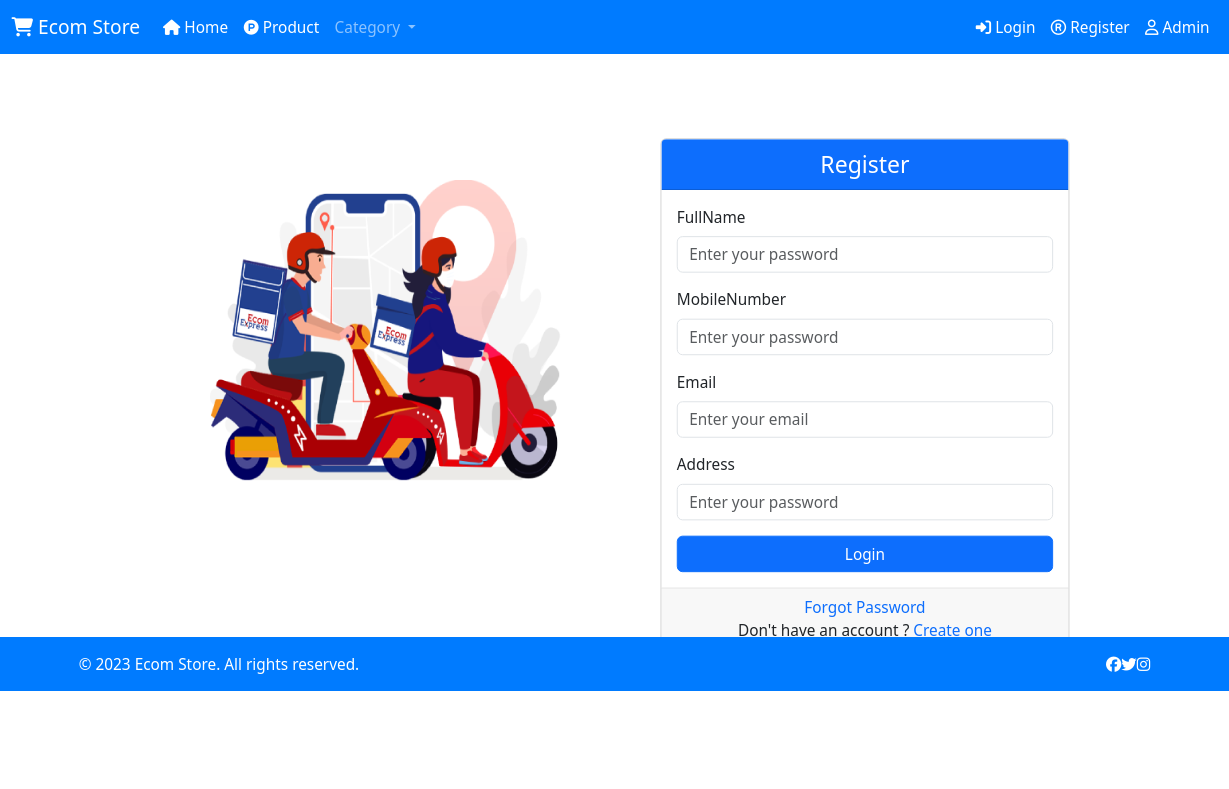
Repository: Deva-bot/EcomProject
Page: http://localhost/register
The author's editor kept a copy of each file at every save. The page is drawn from the files as they stood at one save, then again after the next save.
The browser window is 1280 px wide. The pictures show the whole page, at 96% of full size.
The page is this project's Thymeleaf template; nobody is signed in. The template is opened directly, without the code that normally fills it, so the values that code supplies are empty.

Above is the page before, as saved 2024-07-12 14:53:39.

After the next save:
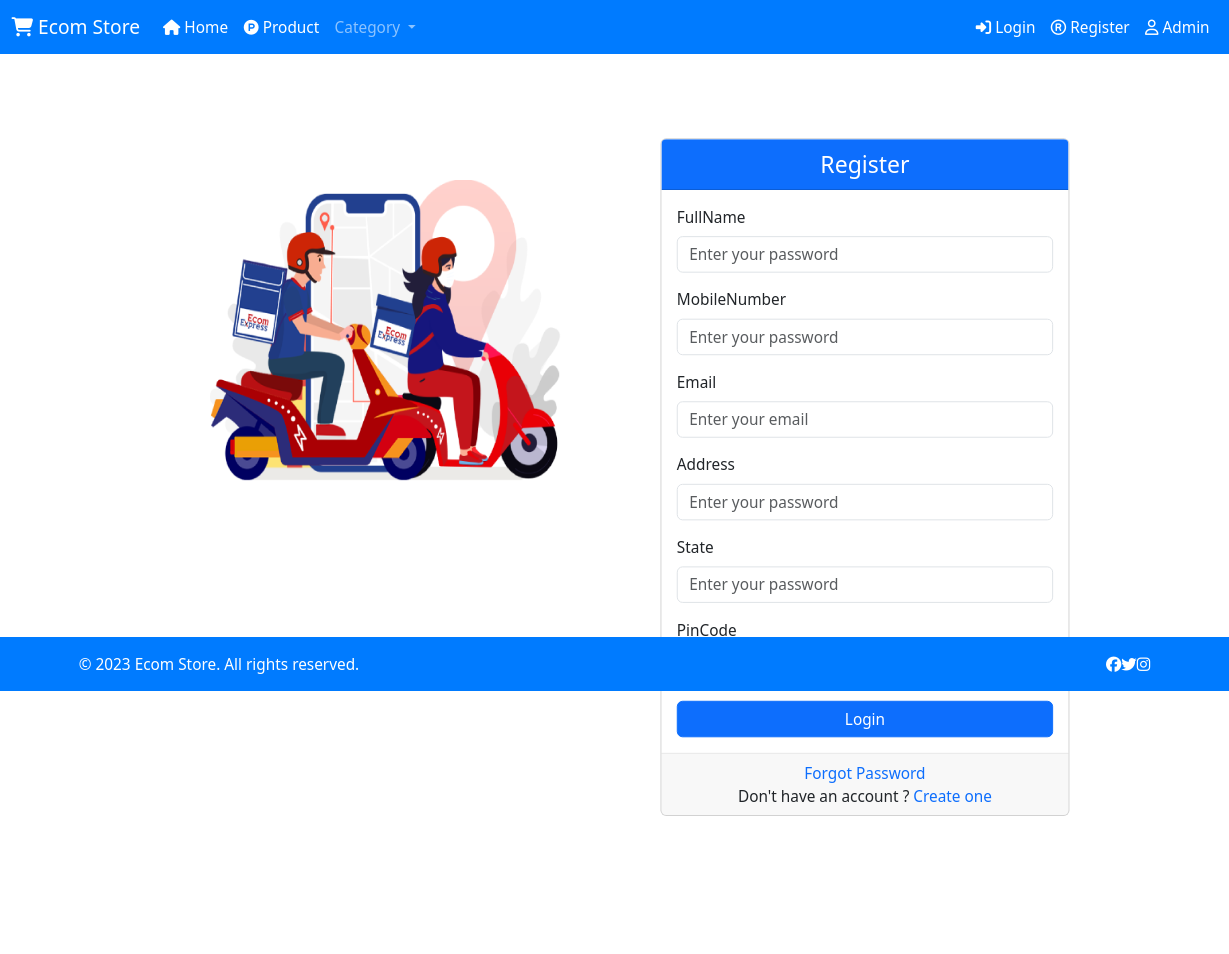
Saved 30 s later.
--- a/Shopping_Cart/src/main/resources/templates/register.html
+++ b/Shopping_Cart/src/main/resources/templates/register.html
@@ -41,6 +41,16 @@
 									<input class="form-control" id="password" name="password" type="password"
 										placeholder="Enter your password">
 								</div>
+								<div class="mb-3">
+									<label class="form-label" for="password">State</label>
+									<input class="form-control" id="password" name="password" type="password"
+										placeholder="Enter your password">
+								</div>
+								<div class="mb-3">
+																	<label class="form-label" for="password">PinCode</label>
+																	<input class="form-control" id="password" name="password" type="password"
+																		placeholder="Enter your password">
+																</div>
 								<button type="submit" class="btn btn-primary col-md-12">Login</button>
 							</form>
 						</div>
